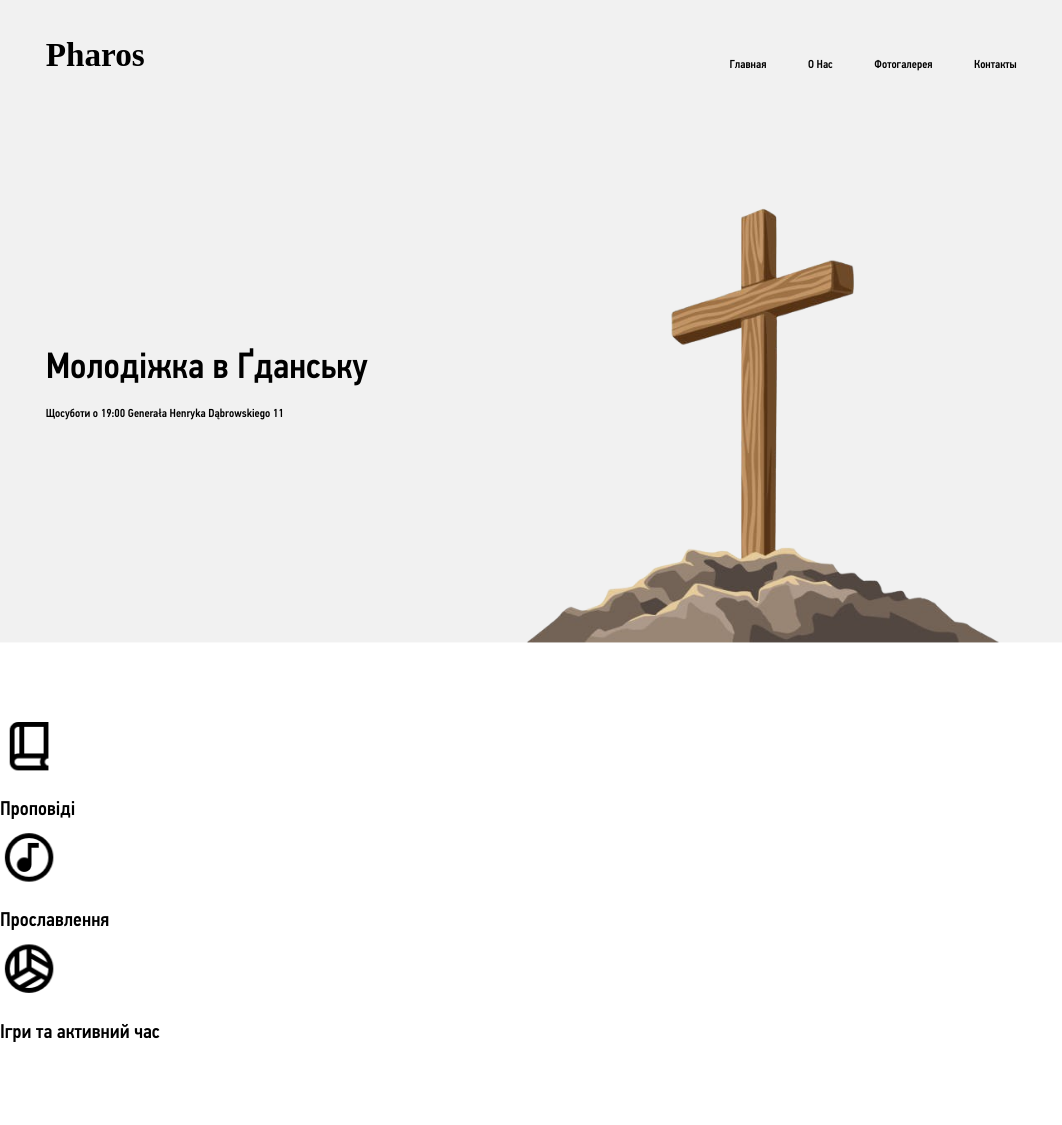
Repository: Bohdan-Sandovenko/youth-project
Page: index.html
These files come from the project's save history. The page is drawn as it stood at one moment and after the next save; the edit follows.
The browser window is 1280 px wide. The pictures show the whole page, at 83% of full size.
Some web fonts or font styles are not loaded; a fallback is used. The style sheet was rebuilt from its Sass, Less or Tailwind sources for each picture, by a compiler version that may differ from the author's.

Above is the page before, as saved 2024-09-11 09:31:39.

### index.html
<!DOCTYPE html>
<html lang="en">
<head>
    <meta charset="UTF-8">
    <meta name="viewport" content="width=device-width, initial-scale=1.0">
    <title>Pharos - Christian youth</title>
    <link rel="stylesheet" href="css/style.css">
    <link rel="stylesheet" href="css/media.css">
</head>
<body>
    <header class="header">
        <div class="container">
            <!--Header nav-->
            <div class="header-nav">
                <a href="#!" class="logo">Pharos</a>
                <nav class="nav">
                    <ul class="nav-list">
                        <li class="nav-item"><a href="" class="nav-link">Главная</a></li>
                        <li class="nav-item"><a href="" class="nav-link">О Нас</a></li>
                        <li class="nav-item"><a href="" class="nav-link">Фотогалерея</a></li>
                        <li class="nav-item"><a href="" class="nav-link">Контакты</a></li>
                    </ul>
                </nav>
            </div>
            <!--header content-->
            <div class="header-row">
                <div class="header-content">
                    <h1 class="header-heading">Молодіжка в Ґданську</h1>
                    <p>Щосуботи о 19:00 Generała Henryka Dąbrowskiego 11</p>
                </div>
                <div class="header-img">
                    <img src="./img/cross-chrisitian.png" alt="">
                </div>
            </div>
        </div>
    </header>
    <section class="services">
        <div class="container">
            <div class="services-row">
                <div class="service-card">
                    <img class='service-card-img'src="./img/icons/bible.png" alt="">
                    <h3 class="service-card-title">Проповіді</h3>
                </div>

                <div class="service-card">
                    <img class='service-card-img' src="./img/icons/sing-song.png" alt="">
                    <h3 class="service-card-title">Прославлення</h3>
                </div>

                <div class="service-card">
                    <img class='service-card-img' src="./img/icons/active-games.png" alt="">
                    <h3 class="service-card-title">Ігри та активний час</h3>
                </div>
            </div>
        </div>
    </section>
    <script src="./js/main.js"></script>
</body>
</html>

### css/style.scss
@import "nullstyles.scss";

@font-face {
    font-family: 'Poppins';
    src: url('../fonts/Poppins/PFDinTextCondPro-Medium.woff2') format('woff2');
    font-weight: 900;
    font-style: bold;
    font-display: swap;
}

@font-face {
    font-family: 'Permanent Marker';
    src: url('../fonts/Permanent/PermanentMarker-Regular.woff2') format('woff2');
    font-weight: normal;
    font-style: normal;
    font-display: swap;
}

body {
    color: black;
    font-family: 'Poppins', sans-serif;

    .header {
        padding: 46px 0px 0px 0px;
        background-color: #F1F1F1;

        .container {
            max-width: 1230px;
            padding: 0 30px;
            margin: 0 auto;

            .header-nav {
                display: flex;
                justify-content: space-between;
                align-items: flex-end;
                margin-bottom: 76px;

                .logo {
                    font-family: 'Permanent Marker';
                    font-weight: 700;
                    font-size: 40px;
                    color: black;
                }

                .nav-list {
                    display: flex;
                    column-gap: 50px; //оступы между элементами
                    font-size: 14px;

                    .nav-item {
                        .nav-link {
                            color: black;

                            &:hover {
                                color: #606060;
                            }
                        }
                    }
                }
            }

            .header-row {
                display: flex;
                justify-content: space-between;
                column-gap: 30px;

                .header-content {
                    max-width: 500px;
                    align-self: center;

                    .header-heading {
                        font-weight: 600;
                        margin-bottom: 20px;
                        font-size: 44px;
                    }

                    p {
                        line-height: 2;
                    }
                }
            }
        }
    }

    //Service
    .services {
        padding: 90px 0px;

        .container {
            .services-row {
                .service-card {
                    .service-card-img {
                        height: 70px;
                        width: 70px;
                        margin-bottom: 30px;
                    }

                    .service-card-title {
                        font-weight: 600;
                        font-size: 24px;
                        margin-bottom: 10px;
                    }
                }
            }
        }
    }
}

### css/nullstyles.scss
* {
    padding: 0;
    margin: 0;
    border: 0;
}


*,
*:before,
*:after {
    -webkit-box-sizing: border-box;
    -moz-box-sizing: border-box;
    box-sizing: border-box;
}


:focus,
:active {
    outline: none;
}

a:focus,
a:active {
    outline: none;
}


nav,
footer,
header,
aside {
    display: block;
}


html,
body {
    height: 100%;
    width: 100%;
    font-size: 100%;
    line-height: 1;
    font-size: 14px;
    -ms-text-size-adjust: 100%;
    -moz-text-size-adjust: 100%;
    -webkit-text-size-adjust: 100%;
}


input,
button,
textarea {
    font-family: inherit;
}


input::-ms-clear {
    display: none;
}

button {
    cursor: pointer;
}

button::-moz-focus-inner {
    padding: 0;
    border: 0;
}

a,
a:visited {
    text-decoration: none;
}

a:hover {
    text-decoration: none;
}

ul li {
    list-style: none;
}

img {
    vertical-align: top;
}

h1,
h2,
h3,
h4,
h5,
h6 {
    font-size: inherit;
    font-weight: 400;
}

Loaded but not shown: js/main.js (no stored copy; drawn as an empty file); css/media.scss (no stored copy; drawn as an empty file)

After the next save:
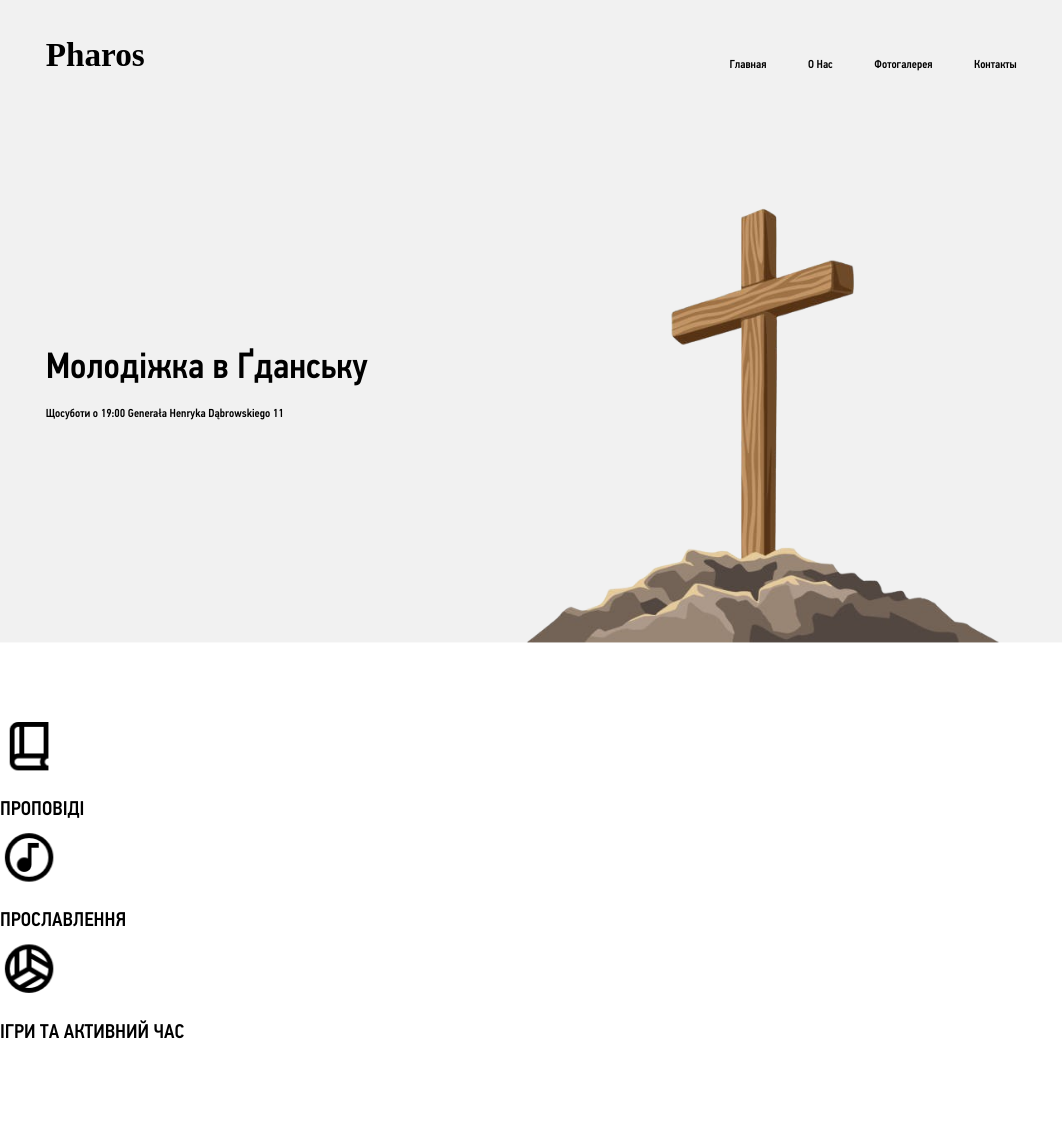
Saved 63 s later.
--- a/css/style.scss
+++ b/css/style.scss
@@ -99,6 +99,7 @@ body {
                         font-weight: 600;
                         font-size: 24px;
                         margin-bottom: 10px;
+                        text-transform: uppercase;
                     }
                 }
             }
